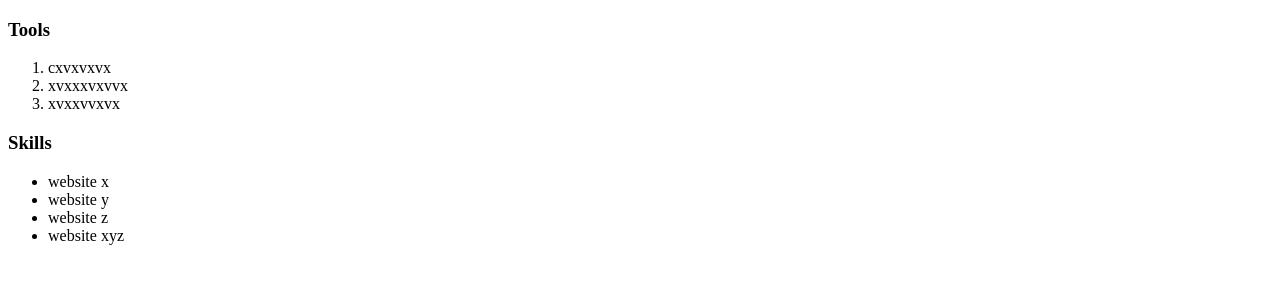
Repository: ew-code/Web-Development
Page: HTML - Personal Site/abilities.html
The author's editor kept a copy of each file at every save. The page is drawn from the files as they stood at one save, then again after a run of saves.
The browser window is 1280 px wide. The pictures show the whole page.

Above is the page before, as saved 2021-01-03 16:04:23.

### HTML - Personal Site/abilities.html
<!DOCTYPE html>
<html lang="en">

<head>
  <meta charset="UTF-8">
  <meta name="viewport" content="width=device-width, initial-scale=1.0">
  <meta http-equiv="X-UA-Compatible" content="ie=edge">
  <title>Abilities</title>
</head>

<body>
  <h3>Tools</h3>
  <ol>
    <li>cxvxvxvx</li>
    <li>xvxxxvxvvx</li>
    <li>xvxxvvxvx</li>
  </ol>

  <h3>Skills</h3>
  <ul>
    <li>website x</li>
    <li>website y</li>
    <li>website z</li>
    <li>website xyz</li>
  </ul>

</body>

</html>

After the next 2 saves:
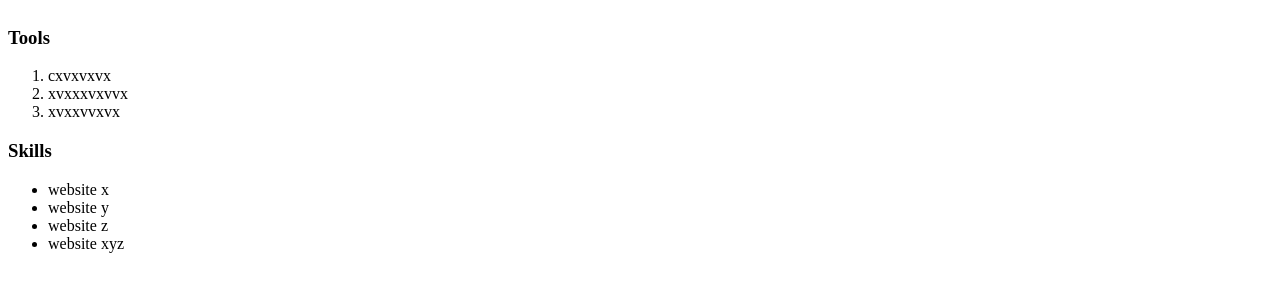
The 2 saves are shown as one change because they came seconds apart.
The last was saved 3 min 49 s later.
--- a/HTML - Personal Site/abilities.html
+++ b/HTML - Personal Site/abilities.html
@@ -9,6 +9,10 @@
 </head>
 
 <body>
+
+  <table>
+
+  </table>
   <h3>Tools</h3>
   <ol>
     <li>cxvxvxvx</li>

After the save that followed:
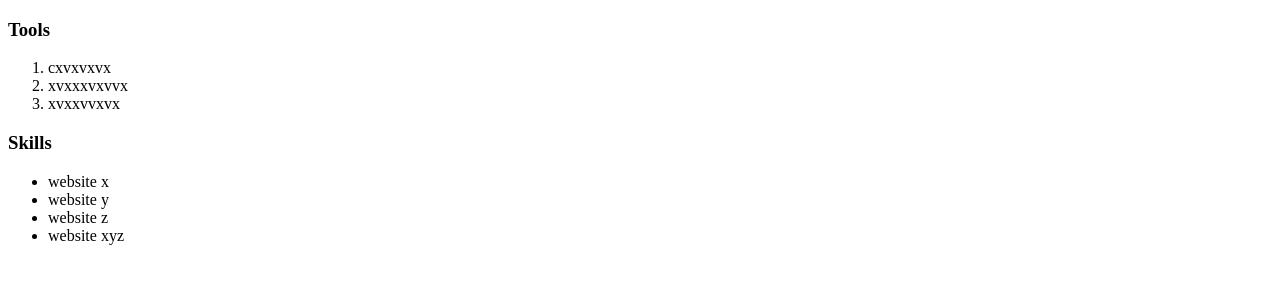
Saved 6 s later.
--- a/HTML - Personal Site/abilities.html
+++ b/HTML - Personal Site/abilities.html
@@ -11,7 +11,7 @@
 <body>
 
   <table>
-
+    <tr
   </table>
   <h3>Tools</h3>
   <ol>
